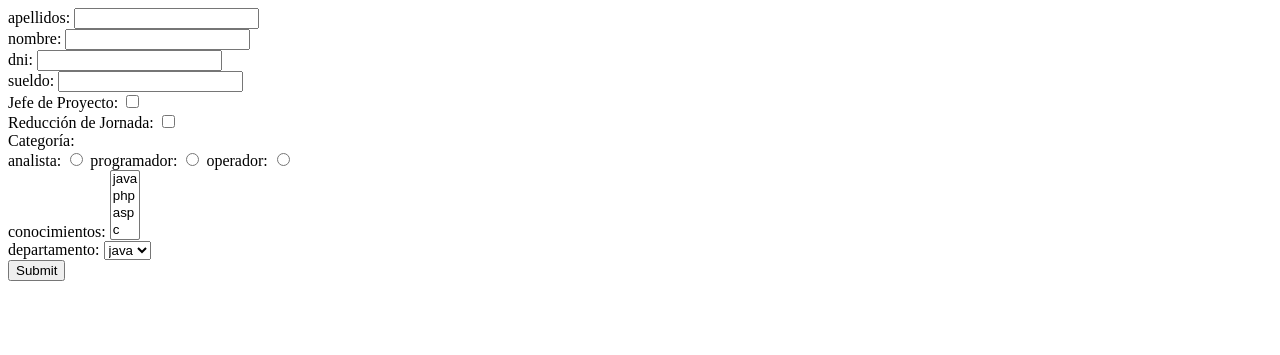
Repository: pedroblanch/ejerciciosPhp2021-2022
Page: http://localhost/formDatosEmpleado.php
An editor plug-in stored every save of this project. The page is shown before and after the next save, followed by the edit.
The browser window is 1280 px wide. The pictures show the whole page.
The page is run by PHP 8.4 with error messages shown; the project is at /var/www/html/.

Above is the page before, as saved 2022-01-12 11:05:48.

After the next save:
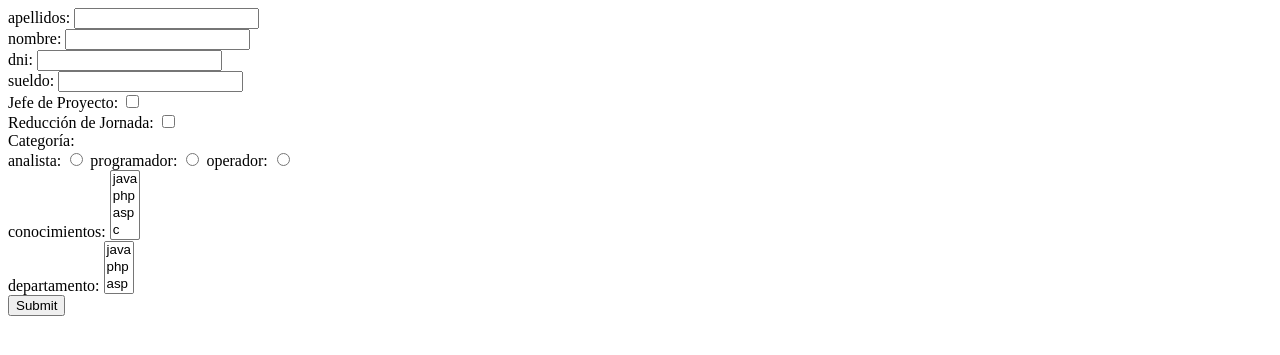
Saved 22 s later.
--- a/ejerciciosBasicos/formDatosEmpleado.php
+++ b/ejerciciosBasicos/formDatosEmpleado.php
@@ -36,7 +36,7 @@
     </select>
     <br>
 	 <label for="departamento">departamento:</label>
-    <select name="departamento">
+    <select name="departamento" size=3>
       <option value="informática">java</option>
       <option value="contabilidad">php</option>
       <option value="almacen">asp</option>
